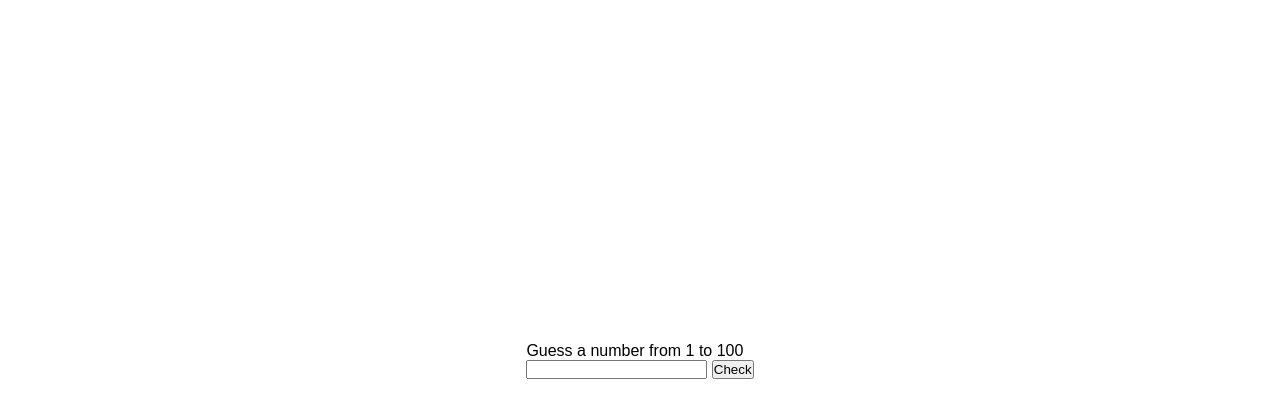
Repository: Ankitkr2021/Guess_Game
Page: index.html
These files come from the project's save history. The page is drawn as it stood at one moment and after the next save; the edit follows.
The browser window is 1280 px wide. The pictures show the whole page.

Above is the page before, as saved 2025-09-30 17:12:06.

After the next save:
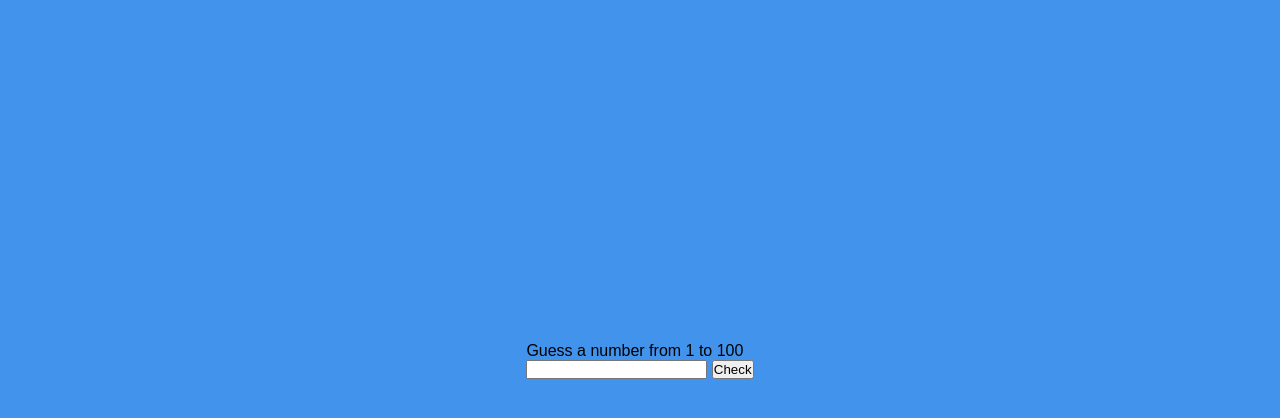
Saved 14 s later.
--- a/style.css
+++ b/style.css
@@ -14,4 +14,5 @@ body{
     align-items: center;
     height: 100vh;
     width: 100%;
+    background: #4293eb;
 }
